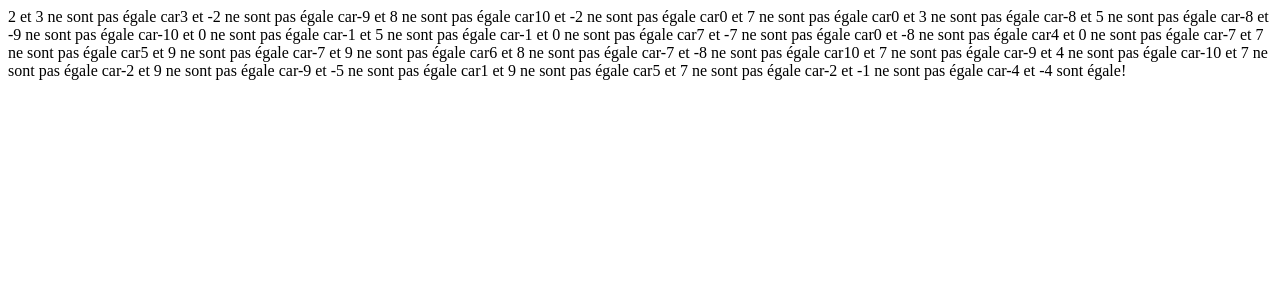
Repository: QuentinFayt/base-php-2021
Page: http://localhost/09-conditions.php
The author's editor kept a copy of each file at every save. The page is drawn from the files as they stood at one save, then again after a run of saves.
The browser window is 1280 px wide. The pictures show the whole page.
The page is run by PHP 8.4 with error messages shown; the project is at /var/www/html/.

Above is the page before, as saved 2021-09-03 09:58:33.

After the next 2 saves:
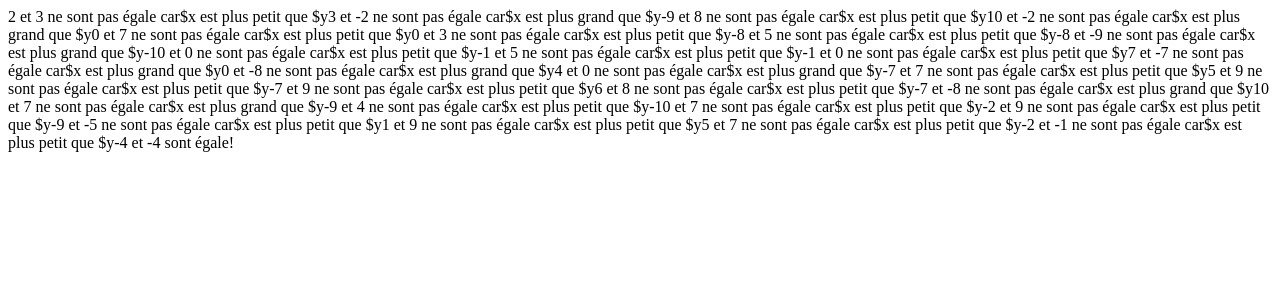
The 2 saves are shown as one change because they came seconds apart.
The last was saved 14 s later.
--- a/09-conditions.php
+++ b/09-conditions.php
@@ -8,5 +8,6 @@ do {
     } else {
         echo "$x et $y ne sont pas égale car";
         $x < $y ? $z = '$x est plus petit que $y' : $z = '$x est plus grand que $y';
+        echo $z;
     }
 } while ($x !== $y);
